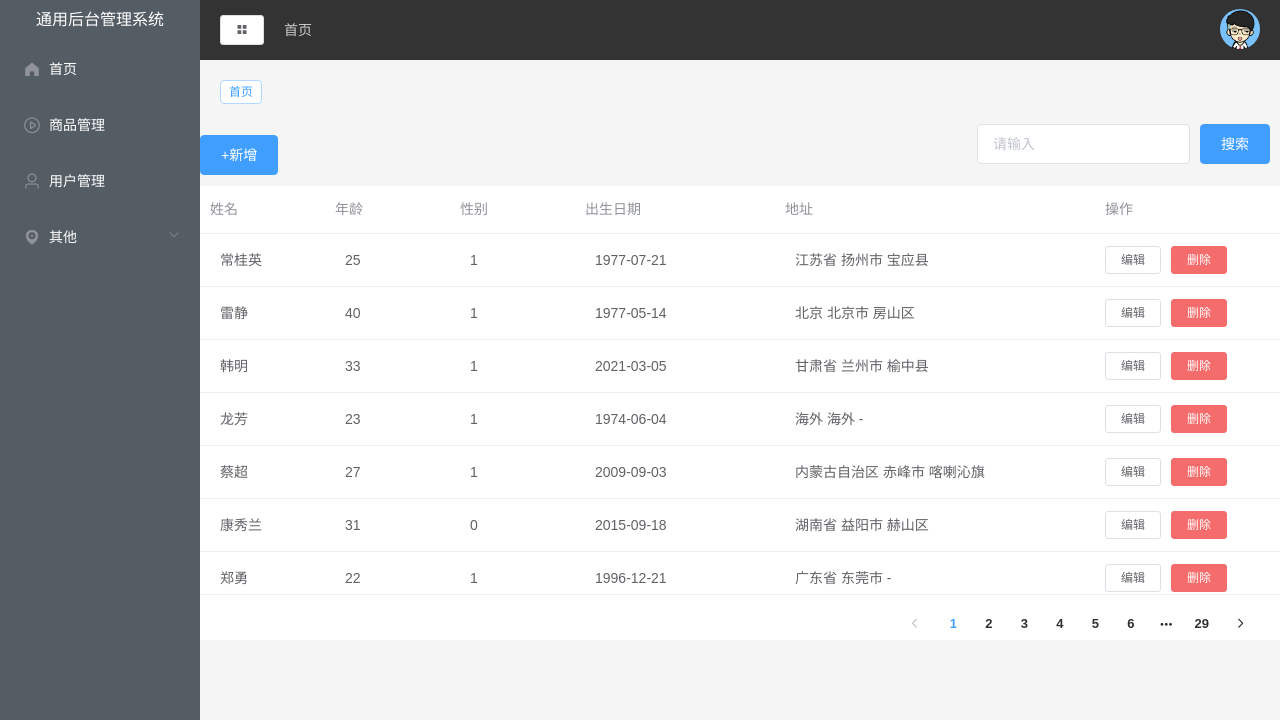
Repository: erwtt/git-demo
Page: /user (app in 后台管理系统/)
These files come from the project's save history. The page is drawn as it stood at one moment and after the next save; the edit follows.
The browser window is 1280 px wide. The pictures show the whole page.
An inner scrolling area shows only its first screen. The project was rebuilt for these pictures with package versions that can differ from the ones it lists, and the page was loaded fresh each time. Also part of the build but not shown: 后台管理系统/vue.config.js.

Above is the page before, as saved 2022-05-17 20:35:22.

### 后台管理系统/src/main.js
import Vue from 'vue'
import App from './App.vue'
import{Container,Main,Header,Aside} from 'element-ui'
import ElementUI from 'element-ui';
import 'element-ui/lib/theme-chalk/index.css';
import router from './router'
import './assets/less/index.less'
import store from './store'
import http from 'axios'
import '../api/mock.js'
import echarts from 'echarts'
Vue.prototype.$echarts = echarts

Vue.config.productionTip = false
Vue.use(ElementUI)
// Vue.use(Container)
// Vue.use(Main)
// Vue.use(Header)
// Vue.use(Aside)
Vue.prototype.$http = http

new Vue({
  router,
  store,
  render: h => h(App),
}).$mount('#app')

### 后台管理系统/src/App.vue
<template>
  <div>
    <router-view></router-view>
  </div>
</template>

<script>

export default {
  name:'app',

}

</script>

<style>
  html,body{
    margin:0;
    padding: 0;
  }
</style>

### 后台管理系统/src/router/index.js
import Vue from 'vue'
import VueRouter from 'vue-router'
import Main from '../views/main.vue'

Vue.use(VueRouter)
const routes = [{
    path:'/',
    name:'Main',
    component:Main,
    children:[
        {
            path:'/home',
            name:'home',
            component:() => import('../views/home')
        },
        {
            path:'/user',
            name:'user',
            component:() => import('../views/user')
        },
        {
            path:'/mall',
            name:'mall',
            component:() => import('../views/mall')
        },
        {
            path:'/page1',
            name:'page1',
            component:() => import('../views/other/page1')
        },
        {
            path:'/page2',
            name:'page2',
            component:() => import('../views/other/page2')
        }
    ]
}]

export default new VueRouter({
    mode:'history',
    routes
})

### 后台管理系统/src/store/index.js
import Vue from 'vue'
import Vuex from 'vuex'
import tab from './tab'
Vue.use(Vuex)


export default new Vuex.Store({
    modules:{
        tab
    }
})

### 后台管理系统/api/mock.js
import Mock from 'mockjs'
import homeApi from './mockServeData/home.js'
import userApi from './mockServeData/user'

Mock.mock('/api/home/getData',homeApi.getStatisticalData)
Mock.mock(/api\/user\/add/,'post',userApi.createUser)               // '\'表示反转义，表明后面是字符串
Mock.mock(/api\/user\/edit/,'post',userApi.updateUser)
Mock.mock(/api\/user\/getUser/,'get',userApi.getUserList)
Mock.mock(/api\/user\/del/,'post',userApi.deleteUser)

### 后台管理系统/src/views/main.vue
<template>
  <el-container style="height: 100%">
    <el-aside width="auto">
      <common-aside></common-aside>
    </el-aside>
    <el-container>
      <el-header>
        <common-header></common-header>
      </el-header>
      <common-tag></common-tag>
      <el-main>
        <router-view></router-view>
      </el-main>
    </el-container>
  </el-container>

</template>

<script>
//import CommonHeaderVue from '@/components/CommonHeader.vue'
//import { component } from 'vue/types/umd'
import CommonAside from '../components/CommonAside.vue'
import CommonHeader from '../components/CommonHeader.vue'
import CommonTag from '../components/CommonTag.vue'
export default {
  name:'Home',
  data(){
    return{

    }
  },
  components:{
    CommonAside,
    CommonHeader,
    CommonTag
  }
}
</script>

<style lang='less' scoped>
  .el-header{
    background: #333;
  }
  .el-main{
    padding: 0;
  }
</style>

### 后台管理系统/src/views/user/index.vue
<template>
  <div class="manage">
     <el-dialog
        :title="operateType === 'add' ? '新增用户' : '更新用户'"
        :visible.sync="isShow"
      >
        <common-form
            :formLabel="operateFormLabel"
            :form="operateForm"
            :inline="true"
            ref="form"
        ></common-form>
        <div slot="footer" class="dialog-footer">
            <el-button @click="isShow = false">取消</el-button>
            <el-button type="primary" @click="confirm">确定</el-button>
        </div>
        </el-dialog>
        <div class="manage-header">
            <el-button type="primary" @click="addUser">+新增</el-button>
             <common-form
            :formLabel="formLabel"
            :form="searchForm"
            :inline="true"
            ref="form"
        >
            <el-button type="primary" @click="getList(searchForm.keyword)" >搜索</el-button>
        </common-form>
        </div>
         <!-- ------------------------表格 ----------------------->
        <common-table
            :tableData="tableData"
            :tableLabel="tableLabel"
            :config="config"
            @changePage="getList()"
            @edit="editUser"
            @del="delUser"
        ></common-table>
  </div>
</template>

<script>
import CommonForm from '../../components/CommonForm.vue'
import {getUser} from '../../../api/data'
import CommonTable from '../../components/CommonTable.vue'
export default {
    name:'User',
    components:{
        CommonForm,
        CommonTable
    },
    data(){

       return{
            operateType:'add',
            isShow:false,
            operateFormLabel: [
                    {
                        model: 'name',
                        label: '姓名',
                        type: 'input'
                    },
                    {
                        model: 'age',
                        label: '年龄',
                        type: 'input'
                    },
                    {
                        model: 'sex',
                        label: '性别',
                        type: 'select',
                        opts: [
                            {
                                label: '男',
                                value: 1
                            },
                            {
                                label: '女',
                                value: 0
                            }
                        ]
                    },
                    {
                        model: 'birth',
                        label: '出生日期',
                        type: 'date'
                    },
                    {
                        model: 'addr',
                        label: '地址',
                        type: 'input'
                    }
                ],
                operateForm:{
                    name:'',
                    addr:'',
                    age:'',
                    birth:'',
                    sex:''
                },
                formLabel:[{
                    model:'keyword',
                    label:'',
                    type:'input'
                }],
                searchForm:{
                    keyword:''
                },
                tableData:[],
                tableLabel:[
                    {
                        prop:'name',
                        label:'姓名'
                    },
                    {
                        prop:'age',
                        label:'年龄'
                    },
                    {
                        prop:'sex',
                        label:'性别'
                    },
                    {
                        prop:'birth',
                        label:'出生日期',
                        width:200
                    },
                    {
                        prop:'addr',
                        label:'地址',
                        width:320
                    }
                ],
                config:{
                    page:1,
                    total:30,
                    loading:false
                }
        }
    },
    methods: {
        confirm(){
            if(this.operateType === 'edit'){
                this.$http.post('api/user/edit',this.operateForm).then(res =>{
                    this.isShow = false
                    console.log(res)
                    this.getList()
                })
            }
            else{
                this.$http.post('api/user/add', this.operateForm).then(res => {
                    this.isShow = false
                     console.log(res)
                     this.getList()
                })
            }
        },
        addUser(){
            this.isShow = true;
            this.operateType = 'add'
            this.operateForm={
                    name:'',
                    addr:'',
                    age:'',
                    birth:'',
                    sex:''
            }
        },
        getList(name){
             console.log(name)
             //console.log(this.operateForm.name)
             this.config.loading = true
                name ? (this.config.page = 1) : ''
            getUser({
                page:this.config.page,
                name
            }).then(res=>{
                console.log(res,'res')
                this.tableData = res.data.list.map(item=>{
                    item.sexLabel = item.sex === 0 ? "女":"男"
                    return item
                })
                this.config.total = res.data.count
                this.config.loading = false
            })

        },
        editUser(row){
            console.log(row)
            console.log(this.operateForm)
            this.operateType = 'edit'
            this.operateForm = row
            this.isShow = true
            console.log(row)
        },
        delUser(row){
            this.$confirm("此操作将删除该组件，是否继续？","提示",{
                confirmButtonText:"确认",
                cancelButtonText:"取消",
                type:"warning"
            }).then(()=>{
                const id = row.id
                this.$http.get('api/user/del',{
                    params:{id}
                }).then(res=>{
                    this.$manage({
                        type:'success',
                        message:'删除成功',
                    })
                    this.getList()
                })
            })

        }
    },
    created(){
        this.getList()
    }

}
</script>

<style lang="less" scoped>
.manage-header{
    display:flex;
    justify-content:space-between ;
    align-items:center;
}

</style>

### 后台管理系统/src/assets/less/home.less
.home {
    .user {
      display: flex;
      align-items: center;
      padding-bottom: 20px;
      margin-bottom: 20px;
      border-bottom: 1px solid #ccc;
      img {
        width: 150px;
        height: 150px;
        border-radius: 50%;
        margin-right: 40px;
      }
      &info {
        .name {
          font-size: 32px;
          margin-bottom: 10px;
        }
        .access {
          color: #999999;
        }
      }
    }
    .login-info {
      p {
        line-height: 28px;
        font-size: 14px;
        color: #999999;
        span {
          color: #666666;
          margin-left: 60px;
        }
      }
    }
    .num {
      display: flex;
      flex-wrap: wrap;
      justify-content: space-between;
      .el-card {
        width: 32%;
        margin-bottom: 20px;
      }
      .icon {
        font-size: 30px;
        width: 80px;
        height: 60px;
        text-align: center;
        line-height: 60px;
        color: #fff;
      }
      .detail {
        margin-left: 15px;
        display: flex;
        flex-direction: column;
        justify-content: center;
        .num {
          font-size: 30px;
          margin-bottom: 10px;
        }
        .txt {
          font-size: 14px;
          text-align: center;
          color: #999999;
        }
      }
    }
    .graph {
      margin-top: 20px;
      display: flex;
      justify-content: space-between;
      .el-card {
        width: 48%;
      }
    }
  }

### 后台管理系统/src/store/tab.js
//import request from '@/api'

export default{
    namespaced:true,
    state:{
        isCollapse: false,
        tabsList:[
            {
                path:'/home',
                name:'home',
                label:'首页',
                icon:'home'
            }
        ],
        currentMenu: null,
        login: {}
    },
    mutations:{
        collapseMenu(state){
            state.isCollapse = !state.isCollapse
        },
        selectMenu(state, val){
            if(val.name != 'home'){
                state.currentMenu = val
                const result = state.tabsList.findIndex(item => item.name === val.name)
                if(result === -1)
                    state.tabsList.push(val)
            }
            else{
                state.currentMenu = null
            }
        },
        closeTag(state, val){
            const result = state.tabsList.findIndex(item => item.name === val.name)
            if(result !== -1){
                state.tabsList.splice(result,1)
            }
        },
        // login(state, res){
        //     state.login = res
        // }
    },
    // actions:{
    //     login({commit}){
    //         request.login().then((res)=>{
    //             commit('login', res)
    //         })

    //     }
    // }
}

### 后台管理系统/src/components/CommonAside.vue
<template>
<div>
<!-- <el-radio-group v-model="isCollapse" style="margin-bottom: 20px;">
  <el-radio-button :label="false">展开</el-radio-button>
  <el-radio-button :label="true">收起</el-radio-button>
</el-radio-group> -->

  <el-menu
    default-active="1-4-1"
    class="el-menu-vertical-demo"
    @open="handleOpen"
    @close="handleClose"
    :collapse="isCollapse"
    background-color="#545c64"
    text-color='#fff'
    active-text-color='#ffd04b'
  >
    <h3>
        {{isCollapse ? '后台':'通用后台管理系统'}}
    </h3>
  <el-menu-item @click='clickMenu(item)' v-for='item in noChildren'  :index='item.path' :key='item.path'>
      <i :class='"el-icon-"+item.icon'></i>
      <span slot="title">{{item.label}}</span>
    </el-menu-item>
    <el-submenu v-for='item in hasChildren' :index='item.path' :key='item.path'>
      <template slot="title">
        <i :class="'el-icon-'+item.icon"></i>
        <span slot="title">{{item.label}}</span>
      </template>
      <el-menu-item-group  v-for='item2 in item.children' :key='item2.path'>

        <el-menu-item @click='clickMenu(item2)' :index="item2.path">{{item2.label}}</el-menu-item>


      </el-menu-item-group>


    </el-submenu>



  </el-menu>
  </div>
</template>

<style lang="less" scoped>
.el-menu-vertical-demo:not(.el-menu--collapse) {
  width: 200px;
  min-height: 400px;
}
.el-menu{


    height: 100vh;
    border:none;
         h3{
            color: #fff;
            text-align: center;
            line-height: 40px;
        }
}

</style>

<script>
//import {mapMutations,mapState} from 'vuex'
export default {
  data() {
    return {
      //isCollapse: false,
      menu:[
        {
          path: '/',
          name: 'home',
          label: '首页',
          icon: 's-home',
          url: 'Home/Home'
        },
        {
          path: '/mall',
          name: 'mall',
          label: '商品管理',
          icon: 'video-play',
          url: 'MallManage/MallManage'
        },
        {
          path: '/user',
          name: 'user',
          label: '用户管理',
          icon: 'user',
          url: 'UserManage/UserManage'
        },
        {
          label: '其他',
          icon: 'location',
          children: [
            {
              path: '/page1',
              name: 'page1',
              label: '页面1',
              icon: 'setting',
              url: 'Other/PageOne'
            },
            {
              path: '/page2',
              name: 'page2',
              label: '页面2',
              icon: 'setting',
              url: 'Other/PageTwo'
            }
          ],
        }
      ]
    };
  },
  methods: {
    handleOpen(key, keyPath) {
      console.log(key, keyPath);
    },
    handleClose(key, keyPath) {
      console.log(key, keyPath);
    },
    clickMenu(item){
        this.$router.push({
            name:item.name
        })
        this.$store.commit('tab/selectMenu',item)
    }
  },
  computed:{
      noChildren(){
          return this.menu.filter(item=> !item.children)
      },
      hasChildren(){
          return this.menu.filter(item => item.children)
      },

      isCollapse(){
        return this.$store.state.tab.isCollapse
      }
  }
};
</script>

### 后台管理系统/src/components/CommonHeader.vue
<template>
  <header>
      <div class='l-content'>
          <el-button @click="dropdownClick" plain icon='el-icon-menu' size='mini'></el-button>
          <!-- <h3 style="color:#fff">首页</h3> -->
          <el-breadcrumb separator="/">
            <el-breadcrumb-item style="color:#dfa" v-for='item in tags' :key='item.path' :to="{ path: item.path }">{{item.label}}</el-breadcrumb-item>

        </el-breadcrumb>
      </div>
      <div class='r-content'>
          <el-dropdown  trigger="click" size='mini'>
              <span>
                  <img class='user' :src="userImg" >
              </span>
            <el-dropdown-menu slot="dropdown">
              <el-dropdown-item>个人中心</el-dropdown-item>
              <el-dropdown-item>退出</el-dropdown-item>
            </el-dropdown-menu>
          </el-dropdown>

      </div>
  </header>
</template>

<script>
import {mapMutations,mapState} from 'vuex'
export default {
    name:'CommonHeader',
    data(){
        return{
            userImg:require('../assets/images/user.png')
        }
    },
    methods: {
        // dropdownClick(){
        //     this.$store.commit('collapseMenu')
        // }
        ...mapMutations('tab',{dropdownClick:'collapseMenu'})

    },
    computed:{
        ...mapState({
            tags:state => state.tab.tabsList
        })
    }
}
</script>

<style  lang='less' scoped>
    header{
        display: flex;
        height: 100%;
        justify-content: space-between;
        align-items:center ;
    }
    .l-content{
        display: flex;
        align-content: center;
        .el-button{
            margin-right:20px;
        }
        .el-breadcrumb {
            line-height: 30px;
        }
       .el-breadcrumb  /deep/  .el-breadcrumb__inner
      {
        color: #ccc !important;				//你想要设置的字体颜色
    }
    }
    .r-content{
        .user{
            width: 40px;
            height: 40px;
            border-radius:50%;
        }
    }
</style>

### 后台管理系统/src/components/CommonTag.vue
<template>
  <div class='tabs'>
      <el-tag size='small' v-for='(tag, index) in tags' :key="tag.name" :closable="tag.name !== 'home'"
      :effect="$route.name === tag.name ? 'dark' : 'plain'"
      @click="changeMenu(tag)"
      @close='handleClose(tag, index)'>
         {{tag.label}}
      </el-tag>
  </div>
</template>

<script>
import {mapState,mapMutations} from 'vuex'
export default {
    name:'CommonTag',
    data(){
        return {

        }
    },
    computed:{
        ...mapState({
            tags:state => state.tab.tabsList
        }
        )
    },
    methods: {
        changeMenu(item){
            this.$router.push({name: item.name})
        },
        handleClose(tag, index){
            const length = this.tags.length-1
            this.close(tag)
            if(tag.name !== this.$route.name)
            return;
            if(index === length){
                this.$router.push({
                    name:this.tags[index-1].name
                })
            }
            else{
                this.$router.push({
                    name:this.tags[index].name
                })
            }
        },
        ...mapMutations('tab',{close:'closeTag'})
    },
}
</script>

<style lang="less" scoped>
    .tabs{
        padding: 20px;
        .el-tag{
            margin-right: 15px;
            cursor: pointer;
        }
    }
</style>

### 后台管理系统/api/data.js
import axios from "./axios";

export const getMenu = (param) => {
    return axios.request({
        url:'/permission/getMenu',
        method:'post',
        data:param
    })
}

export const getData = () =>{
    return axios.request({
        url:'/home/getData'
    })
}

export const getUser = (params) =>{
    console.log(params)
    return axios.request({
        url:'/user/getUser',
        method:'get',
        params
    })
}

### 后台管理系统/src/components/CommonForm.vue
<template>
  <el-form ref="form" label-width="100px" :model="form" :inline="inline">
    <el-form-item
      v-for="item in formLabel"
      :key="item.label"
      :label="item.label"
    >
      <el-input
        v-if="item.type === 'input'"
        :placeholder="'请输入' + item.label"
        v-model="form[item.model]"
      >
      </el-input>
      <el-switch v-if="item.type === 'switch'" v-model="form[item.model]">
      </el-switch>
      <el-date-picker
        v-if="item.type === 'date'"
        type="date"
        value-format="yyyy-MM-dd"
        placeholder="选择日期"
        v-model="form[item.model]"
      ></el-date-picker>
      <el-select
        v-if="item.type === 'select'"
        placeholder="请选择"
        v-model="form[item.model]"
      >
        <el-option
            v-for="item in item.opts"
            :key="item.value"
            :label="item.label"
            :value="item.value"
        ></el-option>
      </el-select>
    </el-form-item>
    <el-form-item><slot></slot></el-form-item>
  </el-form>
</template>

<script>
export default {
  name: "CommonForm",
  props: {
    formLabel: Array,
    form: Object,
    inline: Boolean,
  },
  data(){
      return{

      }
  }
};
</script>

<style>
</style>

### 后台管理系统/src/components/CommonTable.vue
<template>
    <div class="common-table">
        <el-table :data="tableData" height="90%" script>
            <el-table-column
            show-overflow-tooltip
            v-for="item in tableLabel"
            :key="item.prop"
            :label="item.label"
            :width="item.width ? item.width : 125"
            >
            <template slot-scope="scope">
                <span style="margin-left: 10px">{{scope.row[item.prop]}}</span>
            </template>
            </el-table-column>
            <el-table-column label="操作" min-width="180">
                <el-button size="mini" @click="handleEdit( JSON.parse(JSON.stringify(row)))">编辑</el-button>
                <el-button size="mini" type="danger" @click="handleDelete( JSON.parse(JSON.stringify(row)))">删除</el-button>
            </el-table-column>
        </el-table>
        <el-pagination
            class="pager"
            layout="prev,pager,next"
            :total="config.total"
            :current-page.sync="config.page"
            @current-change="changePage"

            :page-size="7"
        >

        </el-pagination>
    </div>
</template>

<script>
export default {
    name:'CommonTable',
    props:{
        tableData:Array,
        tableLabel:Array,
        config:Object,

    },
    data(){
        return{}
    },
    methods:{
        handleEdit(row){
            console.log(row)
            this.$emit('edit',row)
        },
        handleDelete(row){
            this.$emit('del',row)
        },
        changePage(page){
            this.$emit('changePage',page)
        }
    }
}
</script>

<style lang="less" scoped>
    .common-table{
        height: calc(100% - 62px);
        background-color:#fff;
        position:relative;
        .pager{
            position:absolute;
            bottom:0;
            right:20px;
        }
    }
</style>

### 后台管理系统/api/axios.js
import axios from 'axios'
import config from '../config'

const baseURL = process.env.NODE_ENV === 'development' ? config.baseURL.dev : config.baseURL.pro

class HttpRequest{
    constructor(baseURL){
        this.baseURL = baseURL
    }
    getInsideConfig(){
        const config = {
            baseURL: this.baseURL,
            header:{}
        }
        return config
    }
    interceptors(instance){
        // 添加请求拦截器
instance.interceptors.request.use(function (config) {
    // 在发送请求之前做些什么
    return config;
  }, function (error) {
    // 对请求错误做些什么
    console.log(error,'error')
    return Promise.reject(error);
  });

// 添加响应拦截器
instance.interceptors.response.use(function (response) {
    // 对响应数据做点什么
    // console.log(response,'response')
    return response;
  }, function (error) {
    console.log(error,'error')
    // 对响应错误做点什么
    return Promise.reject(error);
  });

    }
    request(options){
        const instance = axios.create()
        options = {...this.getInsideConfig(), ...options }

        this.interceptors(instance)
        console.log(options)
        return instance(options)
    }
}
export default new HttpRequest(baseURL)

### 后台管理系统/config/index.js
export default{
    baseURL:{
        dev:'/api/',           //开发者环境
        pro:''                 //生产者环境
    }
}

Loaded but not shown: 后台管理系统/public/index.html (common file); 后台管理系统/src/assets/less/index.less (common file); 后台管理系统/src/assets/less/common.less (common file); 后台管理系统/src/assets/less/reset.less (common file); 后台管理系统/api/mockServeData/user.js (142 lines, source omitted); 后台管理系统/api/mockServeData/home.js (135 lines, source omitted)

After the next save:
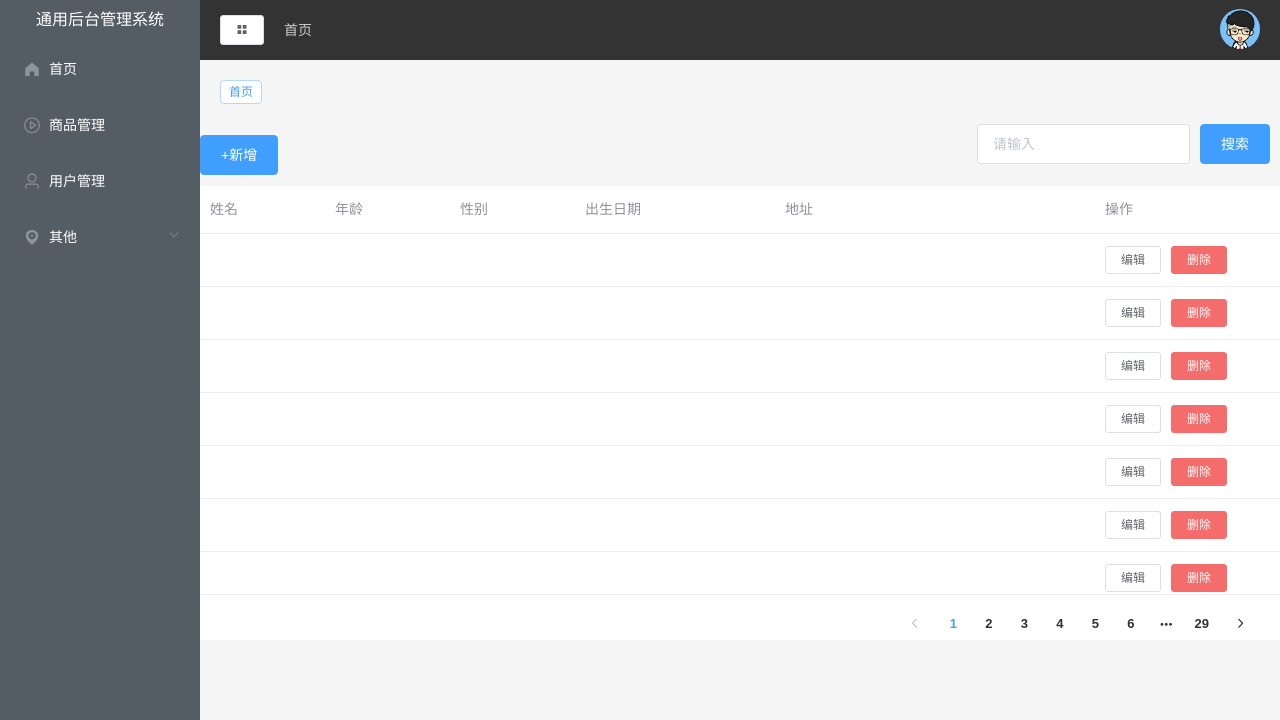
Saved 24 min 29 s later.
--- a/后台管理系统/src/components/CommonTable.vue
+++ b/后台管理系统/src/components/CommonTable.vue
@@ -8,9 +8,9 @@
             :label="item.label"
             :width="item.width ? item.width : 125"
             >
-            <template slot-scope="scope">
+            <!-- <template slot-scope="scope">
                 <span style="margin-left: 10px">{{scope.row[item.prop]}}</span>
-            </template>
+            </template> -->
             </el-table-column>
             <el-table-column label="操作" min-width="180">
                 <el-button size="mini" @click="handleEdit( JSON.parse(JSON.stringify(row)))">编辑</el-button>
